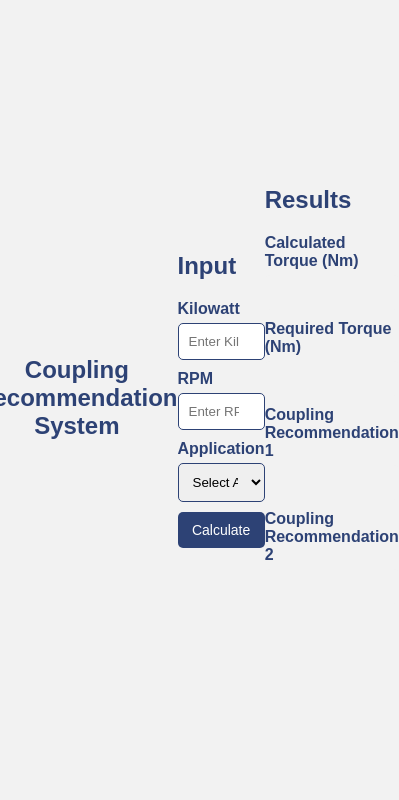
Repository: JustinSadie/calculator
Page: newIndex.html
The author's editor kept a copy of each file at every save. The page is drawn from the files as they stood at one save, then again after the next save.
The browser window is 375 px wide. The page is 399 px wide, then 375 px, so the pictures cover 399 px, including what lies to the right of the window. The pictures show the whole page.

Above is the page before, as saved 2024-08-25 14:01:11.

### newIndex.html
<!DOCTYPE html>
<html lang="en">
  <head>
    <meta charset="UTF-8" />
    <meta name="viewport" content="width=device-width, initial-scale=1.0" />
    <title>Coupling Recommendation</title>
    <link rel="stylesheet" href="newCSS.css">
  </head>
  <body>
    <h1>Coupling Recommendation System</h1>

    <div class="input-section">
      <h2>Input</h2>
      <label for="kilowatt">Kilowatt</label>
      <input
        type="number"
        id="kilowatt"
        placeholder="Enter Kilowatt"
        required
      />

      <label for="rotationSpeed">RPM</label>
      <input
        type="number"
        id="rotationSpeed"
        placeholder="Enter RPM"
        required
      />

      <label for="application">Application</label>
      <select id="application">
        <option value="">Select Application</option>
        <option value="1.2">Centrifugal Pumps</option>
        <option value="1.2">Fans</option>
        <option value="1.2">Belt Conveyors</option>
        <option value="1.6">Hammermill</option>
        <option value="1.6">Bucket Elevator</option>
        <option value="1.6">Scraper Conveyor</option>
        <option value="2.4">Reciprocating Pump</option>
        <option value="2.4">Compressor(3Cyl or less)</option>
        <option value="2">Crusher</option>
        <option value="2">Calender</option>
        <option value="2">Shaker</option>
        <option value="2">Compressor(4 Cyl or more)</option>
        <option value="4">Steel Mill rolers Tables</option>
        <option value="4">Heavy Reversing Drives</option>
      </select>
      <input
        type="text"
        id="customApplication"
        placeholder="Enter Custom Application"
        style="display: none"
      />

      <button onclick="displayResults()">Calculate</button>
    </div>

    <div class="output-section">
      <h2>Results</h2>
      <div class="result">
        <label for="torqueResult">Calculated Torque (Nm)</label>
        <input type="text" id="torqueResult" readonly />
      </div>

      <div class="result">
        <label for="coupRat">Required Torque (Nm)</label>
        <input type="text" id="coupRat" readonly />
      </div>

      <div class="result">
        <label for="brCouplingSuggest1">Coupling Recommendation 1</label>
        <input type="text" id="brCouplingSuggest1" readonly />
      </div>

      <div class="result">
        <label for="brCouplingSuggest2">Coupling Recommendation 2</label>
        <input type="text" id="brCouplingSuggest2" readonly />
      </div>
    </div>

    <script src="Coupling generator copy.js"></script>
  </body>
</html>

### newCSS.css
body {
    font-family: Arial, sans-serif;
    background-color: #f2f2f2;
    color: #2d4275;
    margin: 0;
    padding: 0;
    display: flex;
    justify-content: center;
    align-items: center;
    min-height: 100vh;
  }

  .container {
    background-color: white;
    padding: 20px;
    border-radius: 10px;
    box-shadow: 0 4px 8px rgba(0, 0, 0, 0.1);
    max-width: 400px;
    width: 100%;
  }

  h1 {
    text-align: center;
    color: #2d4275;
    margin-bottom: 20px;
  }

  .input-section,
  .output-section {
    margin-bottom: 20px;
  }

  label {
    display: block;
    margin-bottom: 5px;
    font-weight: bold;
  }

  input,
  select {
    padding: 10px;
    margin-bottom: 10px;
    width: 100%;
    border: 1px solid #2d4275;
    border-radius: 5px;
    box-sizing: border-box;
  }

  button {
    background-color: #2d4275;
    color: white;
    padding: 10px;
    border: none;
    border-radius: 5px;
    cursor: pointer;
    width: 100%;
    font-size: 16px;
  }

  button:hover {
    background-color: #1b2d56;
  }

  .result {
    font-weight: bold;
  }

  .result input {
    background-color: #f2f2f2;
    border: none;
    color: #2d4275;
    font-weight: bold;
  }

  @media (max-width: 600px) {
    .container {
      padding: 15px;
      box-shadow: none;
    }

    h1 {
      font-size: 1.5em;
    }

    button {
      font-size: 14px;
    }
  }

### Coupling generator copy.js
lst = [97,128, 164, 187, 215, 255, 271, 314, 355, 428,
    471, 517, 618, 679, 706, 868, 889, 900,
    1089, 1227, 1296, 1392, 1427, 1641, 1768, 2081,
    2150, 2398, 2551, 2837, 3134, 3343, 3536, 3787,
    4274, 4873, 4963, 5326, 5860, 6645, 6721, 6978,
    7234, 8443, 8806, 9071, 9864, 10172, 10811, 11063,
    12835, 13359, 13870, 14165, 16126, 17502, 18434,
    20135, 20684, 21989, 24153, 28155, 28166, 29107,
    35206, 35584, 38136, 38177, 45784, 48006, 50019,
    52525, 55588, 58182, 68818, 72908, 75800, 79879,
    86627, 99418, 100312, 104658, 136282, 136785,
    152552, 178422, 208020, 234914, 366843
]


const bearingData = {
  black: {
    sizes: [97, 164, 271, 471, 679, 1089, 1641, 2551, 3787, 5326, 6721, 8443, 10811, 18434, 29107, 38177, 52525, 79879],
  },
  yellow: {
    sizes: [128, 215, 355, 618, 889, 1427, 2150, 3343, 4963, 6978, 8806, 11063, 14165, 24153, 38136, 50019, 68818, 104658],
  },
  blue: {
    sizes: [187, 314, 517, 900, 1296, 2081, 3134, 4873, 7234, 10172, 12835, 16126, 20684, 35206, 55588, 72908, 100312, 152552],
  },
  green: {
    sizes: [255, 428, 706, 1227, 1768, 2837, 4274, 6645, 9864, 13870, 17502, 21989, 28155, 48006, 75800, 99418, 136785, 208020],
  },
  red: {
    sizes: [517, 868, 1392, 2398, 3536, 5860, 9071, 13359, 20135, 28166, 35584, 45784, 58182, 86627, 136282, 178422, 234914, 366843],
  },
};

const sizeIndex = {
    "BR_95" : 0,
   "BR_115" : 1,
   "BR_135" : 2,
   "BR_155" : 3,
   "BR_179" : 4,
   "BR_206" : 5,
   "BR_236" : 6,
   "BR_276" : 7,
   "BR_306" : 8,
   "BR_336" : 9,
   "BR_366" : 10,
   "BR_406" : 11,
   "BR_446" : 12,
   "BR_506" : 13,
   "BR_556" : 14,
   "BR_636" : 15,
   "BR_716" : 16,
   "BR_826" : 17,
}


function calculateTorque(){
    var kilowatt = document.getElementById("kilowatt").value;
    var rotationSpeed = document.getElementById("rotationSpeed").value;
    var torque = ((kilowatt *  9550)/rotationSpeed);
    torqueResult = torque.toFixed(2) + " (Nm)";
    return {
        torqueresultText: torqueResult,
        torqueResultNumeric: torque,
    };

}

function getSafetyFactorValue(){
    var serviceFactor = document.getElementById("application").value;
    var customServiceFactor = document.getElementById("customApplication").value.trim();

    if (customServiceFactor) {
        return customServiceFactor;
    } else if (serviceFactor && serviceFactor !== "default") {
        return serviceFactor;
    } else {
        throw new Error("Please select an application or enter a custom application.");
    }
};


function calculateAndSetCouplingRating() {
    try {
        var torque = calculateTorque().torqueResultNumeric;
        var serviceFactor = getSafetyFactorValue();

        if (isNaN(serviceFactor)) {
            throw new Error("Invalid service factor input");
        }
        var couplingRating = Math.round(torque * serviceFactor);
        var couplingRatingResult = couplingRating + " (Nm)";

        return {
            couplingRatingText: couplingRatingResult,
            couplingRatingNumeric: couplingRating,
        };
    } catch (error) {
        console.error("Error in calculateAndSetCouplingRating:", error.message);
        return {
            error: error.message,
        };
    }
}



function nextNearestValue() {

    x = calculateAndSetCouplingRating().couplingRatingNumeric;

    for(const elem of lst){
        if(x <= elem) {
            const nextIndex = lst.indexOf(elem) + 1;
            if (nextIndex < lst.length) {
                return {
                    firstRecommendation : elem,
                    secondrecommendation : lst[nextIndex],
                };
            }
        }
    }
    return {
        firstRecommendation : elem,
        secondrecommendation : "none",
    }
}

function safetyFactor(nnv,torque){
    return (nnv/torque).toFixed(2);
}

function findColorAndSize(value) {
    for (const color in bearingData) {
      const sizes = bearingData[color].sizes;
      const index = sizes.indexOf(value);
      if (index !== -1) {
        const sizeKey = Object.keys(sizeIndex).find((key) => sizeIndex[key] === index);
        return {
          color: color,
          size: sizeKey,
        };
      }
    }
    return null;
}



function displayResults(){
    var newVal = calculateAndSetCouplingRating();
    document.getElementById('torqueResult').value=calculateTorque().torqueresultText;
    document.getElementById('coupRat').value=calculateAndSetCouplingRating().couplingRatingText;

    document.getElementById('brCouplingSuggest1').value=findColorAndSize(nextNearestValue().firstRecommendation).size + " - " + findColorAndSize(nextNearestValue().firstRecommendation).color;
    document.getElementById('brCouplingSuggest2').value=findColorAndSize(nextNearestValue().secondrecommendation).size + " - " + findColorAndSize(nextNearestValue().secondrecommendation).color;
    document.getElementById('sfCouplingSuggest1').value=safetyFactor(nextNearestValue().firstRecommendation, calculateTorque().torqueResultNumeric);
    document.getElementById('sfCouplingSuggest2').value=safetyFactor(nextNearestValue().secondrecommendation, calculateTorque().torqueResultNumeric);
}


function clearTable(){
    document.getElementById('kilowatt').value="";
    document.getElementById('rotationSpeed').value="";
    document.getElementById('serviceFactor').value="";
    document.getElementById('torqueResult').value="";
    document.getElementById('coupRat').value="";
    document.getElementById('brCouplingSuggest1').value="";
    document.getElementById('brCouplingSuggest2').value="";
}

function validateInput(inputId) {
    var inputElement = document.getElementById(inputId);
    var inputValue = inputElement.value.trim();

    if (inputValue === "") {
        alert("Input cannot be empty.");
        return false;
    }

    if (!/^\d+$/.test(inputValue)) {
        alert("Input must contain only numbers.");
        return false;
    }

    return true;
}

function validateForm() {
    if (!validateInput("kilowatt") || !validateInput("rotationSpeed")) {
        return false;
    }
    return true;
}

After the next save:
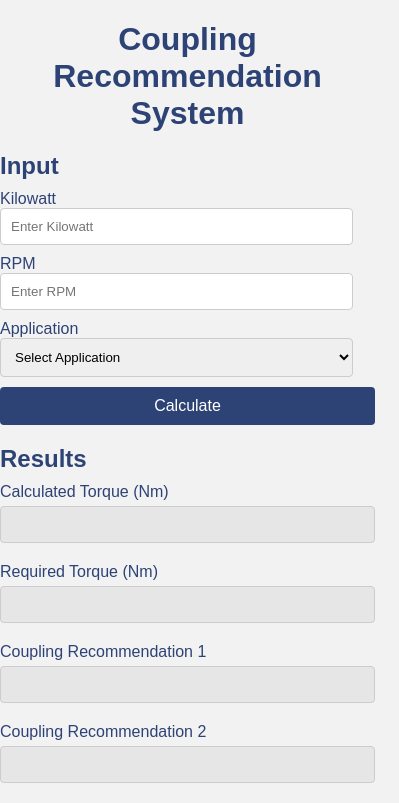
Saved 9 min 42 s later.
--- a/newCSS.css
+++ b/newCSS.css
@@ -1,88 +1,92 @@
+/* Overall page styling */
 body {
     font-family: Arial, sans-serif;
+    margin: 0;
+    padding: 0;
     background-color: #f2f2f2;
     color: #2d4275;
-    margin: 0;
-    padding: 0;
-    display: flex;
-    justify-content: center;
-    align-items: center;
-    min-height: 100vh;
   }
 
   .container {
-    background-color: white;
+    max-width: 600px;
+    margin: 0 auto;
     padding: 20px;
-    border-radius: 10px;
-    box-shadow: 0 4px 8px rgba(0, 0, 0, 0.1);
-    max-width: 400px;
-    width: 100%;
+    background-color: #ffffff;
+    box-shadow: 0 0 10px rgba(0, 0, 0, 0.1);
+    border-radius: 8px;
   }
 
   h1 {
+    color: #2d4275;
     text-align: center;
-    color: #2d4275;
     margin-bottom: 20px;
   }
 
-  .input-section,
-  .output-section {
+  /* Input section styling */
+  .input-section {
     margin-bottom: 20px;
   }
 
-  label {
-    display: block;
-    margin-bottom: 5px;
-    font-weight: bold;
+  .input-section h2 {
+    color: #2d4275;
+    margin-bottom: 10px;
   }
 
   input,
   select {
     padding: 10px;
     margin-bottom: 10px;
-    width: 100%;
-    border: 1px solid #2d4275;
-    border-radius: 5px;
-    box-sizing: border-box;
+    width: calc(100% - 22px); /* Adjust width to account for padding and borders */
+    border: 1px solid #ccc;
+    border-radius: 4px;
+    box-sizing: border-box; /* Ensure padding is included in the width */
   }
 
   button {
+    padding: 10px 15px;
     background-color: #2d4275;
-    color: white;
-    padding: 10px;
+    color: #ffffff;
     border: none;
-    border-radius: 5px;
+    border-radius: 4px;
     cursor: pointer;
+    font-size: 16px;
     width: 100%;
-    font-size: 16px;
   }
 
   button:hover {
-    background-color: #1b2d56;
+    background-color: #1a2a4f;
+  }
+
+  /* Output section styling */
+  .output-section {
+    margin-top: 20px;
+  }
+
+  .output-section h2 {
+    color: #2d4275;
+    margin-bottom: 10px;
   }
 
   .result {
-    font-weight: bold;
+    margin-bottom: 10px;
+  }
+
+  .result label {
+    display: block;
+    margin-bottom: 5px;
+    color: #2d4275;
   }
 
   .result input {
-    background-color: #f2f2f2;
-    border: none;
-    color: #2d4275;
-    font-weight: bold;
+    padding: 10px;
+    border: 1px solid #ccc;
+    border-radius: 4px;
+    width: 100%;
+    box-sizing: border-box;
+    background-color: #f9f9f9;
   }
 
-  @media (max-width: 600px) {
-    .container {
-      padding: 15px;
-      box-shadow: none;
-    }
-
-    h1 {
-      font-size: 1.5em;
-    }
-
-    button {
-      font-size: 14px;
-    }
+  .result input[readonly] {
+    background-color: #e6e6e6;
+    cursor: not-allowed;
   }
